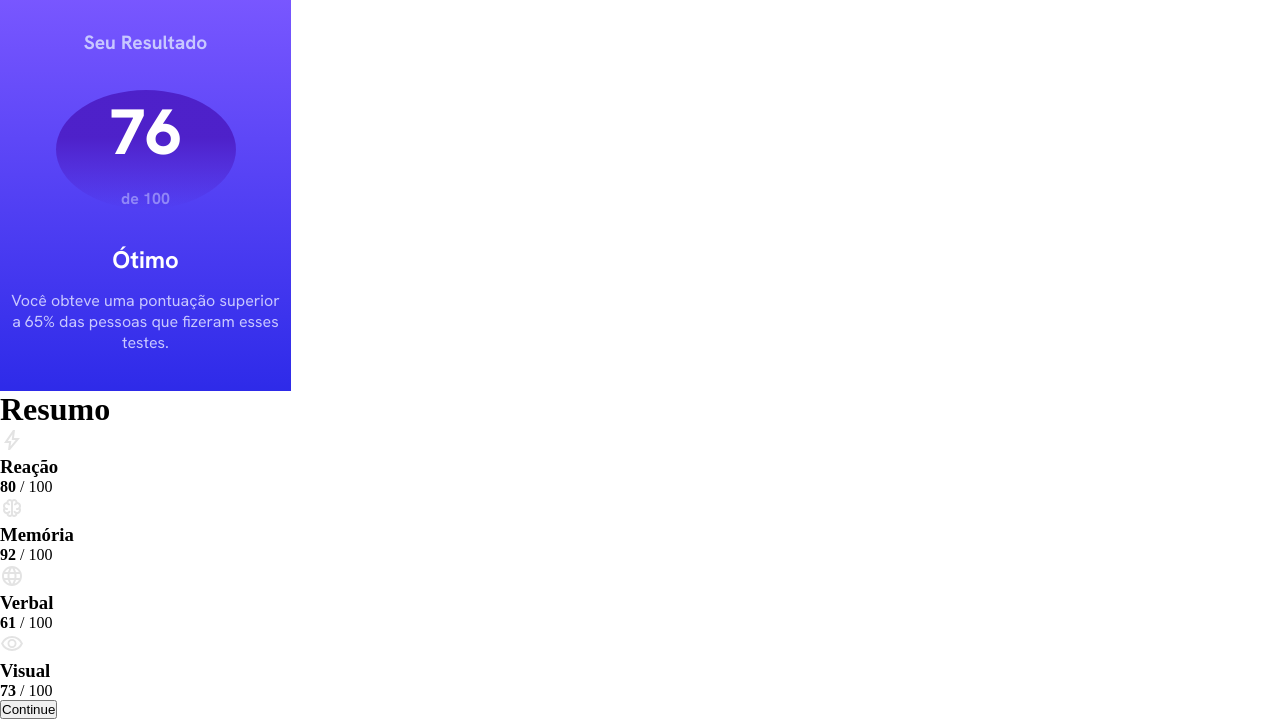
Repository: caique2512/resumo-de-resultados
Page: index.html
These files come from the project's save history. The page is drawn as it stood at one moment and after a run of saves; the edit follows.
The browser window is 1280 px wide. The pictures show the whole page.

Above is the page before, as saved 2026-03-09 16:50:43.

After the next 2 saves:
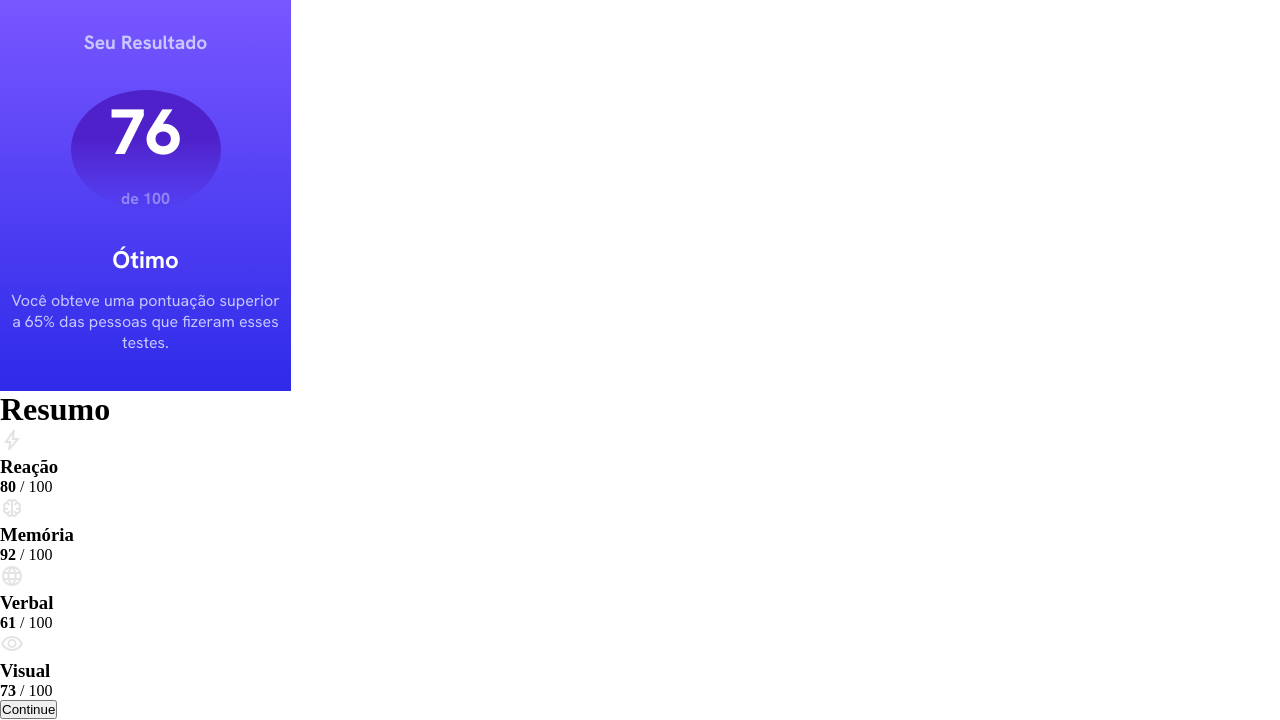
The 2 saves are shown as one change because they came seconds apart.
The last was saved 17 s later.
--- a/src/css/estilos.css
+++ b/src/css/estilos.css
@@ -19,8 +19,8 @@
 
 .circulo {
     background: linear-gradient(hsla(256, 72%, 46%, 1) 40%, hsla(241, 72%, 46%, 0));
-    width: 180px;
-    height: 180px;
+    width: 150px;
+    height: 150px;
     border-radius: 50%;
     display: flex;
     align-items: center;
